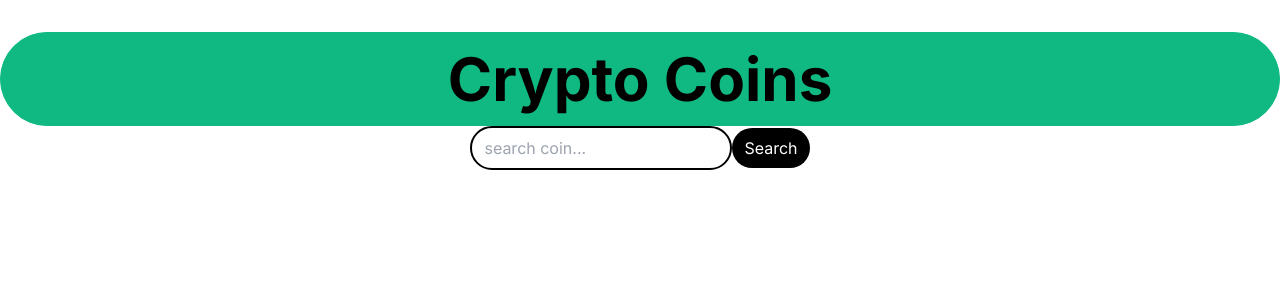
Repository: bittu-Patel/coins
Page: /
The author's editor kept a copy of each file at every save. The page is drawn from the files as they stood at one save, then again after the next save.
The browser window is 1280 px wide. The pictures show the whole page.
The page's requests for data from a server got no answer. The project was rebuilt for these pictures with package versions that can differ from the ones it lists, and the page was loaded fresh each time. The framework's server and built-in components were replaced by stand-ins that run in the browser. No one was signed in, and anything a server would have sent is missing. Also part of the build but not shown: next.config.js.

Above is the page before, as saved 2023-12-18 16:47:40.

### app/layout.js
import { Inter } from 'next/font/google'
import './globals.css'

const inter = Inter({ subsets: ['latin'] })

export const metadata = {
  title: 'Create coin App',
  description: 'Generated by create next app',
}

export default function RootLayout({ children }) {
  return (
    <html lang="en">
      <body className={inter.className}>{children}</body>
    </html>
  )
}

### app/page.js
"use client"

import { useState, useEffect } from "react"
import Coins from "./components/Coins";
import SearchCoins from "./components/SearchCoins";


export default function Home() {
const [coins, SetCoins] = useState([]);

useEffect(() => {
  const getCoins = async () => {
    const response = await fetch('/api/coins');
    const coins = await response.json();
    SetCoins(coins.data.coins);
  }

  getCoins();
  }, []);


  return (
   <div className="text-center">
<h1 className="font-bold text-6xl mt-8 py-4 border border-emerald-500 bg-emerald-500 rounded-full">Crypto Coins</h1>

<SearchCoins getSearchResults={(results) => SetCoins(results)}  />
<Coins coins={coins} />
   </div>
  )
}

### app/components/Coins.jsx
import Image from "next/image"


export default function Coins({coins}) {
  return (
    <>
    <ul className="grid grid-cols-4 mx-auto max-w-[1260px] gap-12">
{coins.map(coin => (
<li key={coin.uuid} className="flex flex-col gap-4 py-12">
    <Image
    src={coin.iconUrl}
    alt={coin.name}
width={70}
height={70}
    priority
    />
    <h3>{coin.name}</h3>
    <p>{coin.symbol}</p>
<p>{coin.price}</p>
</li>
))}
    </ul>
    </>
  )
}

### app/components/SearchCoins.jsx
"use client";
import Link from "next/link";
import { useState } from "react";

export default function SearchCoins({ getSearchResults }) {
  const [query, setQuery] = useState("");

  const handleSubmit = async (e) => {
    e.preventDefault();

    const response = await fetch(`/api/coins/search?query=${query}`);
    const coin = await response.json();

    getSearchResults(coin)
  };
  return (
    <div>
      <form onSubmit={handleSubmit}>
        <input
          className="text-black border-black border-2 rounded-full px-3 py-2  "
          type="text"
          placeholder="search coin... "
          value={query}
          onChange={(e) => setQuery(e.target.value)}
        />
        <button className="bg-black hover:bg-black/60 text-white rounded-full px-3 py-2 " type="submit">Search</button>
      </form>
    </div>
  );
}

Loaded but not shown: app/globals.css (common file); tailwind.config.js (common file)

After the next save:
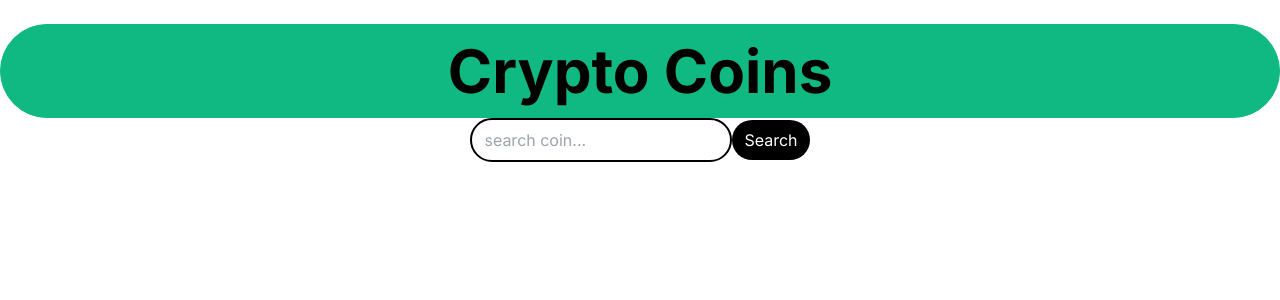
Saved 38 s later.
--- a/app/page.js
+++ b/app/page.js
@@ -21,7 +21,7 @@ useEffect(() => {
 
   return (
    <div className="text-center">
-<h1 className="font-bold text-6xl mt-8 py-4 border border-emerald-500 bg-emerald-500 rounded-full">Crypto Coins</h1>
+<h1 className="font-bold text-6xl mt-6 py-4 border border-emerald-500 bg-emerald-500 rounded-full">Crypto Coins</h1>
 
 <SearchCoins getSearchResults={(results) => SetCoins(results)}  />
 <Coins coins={coins} />
